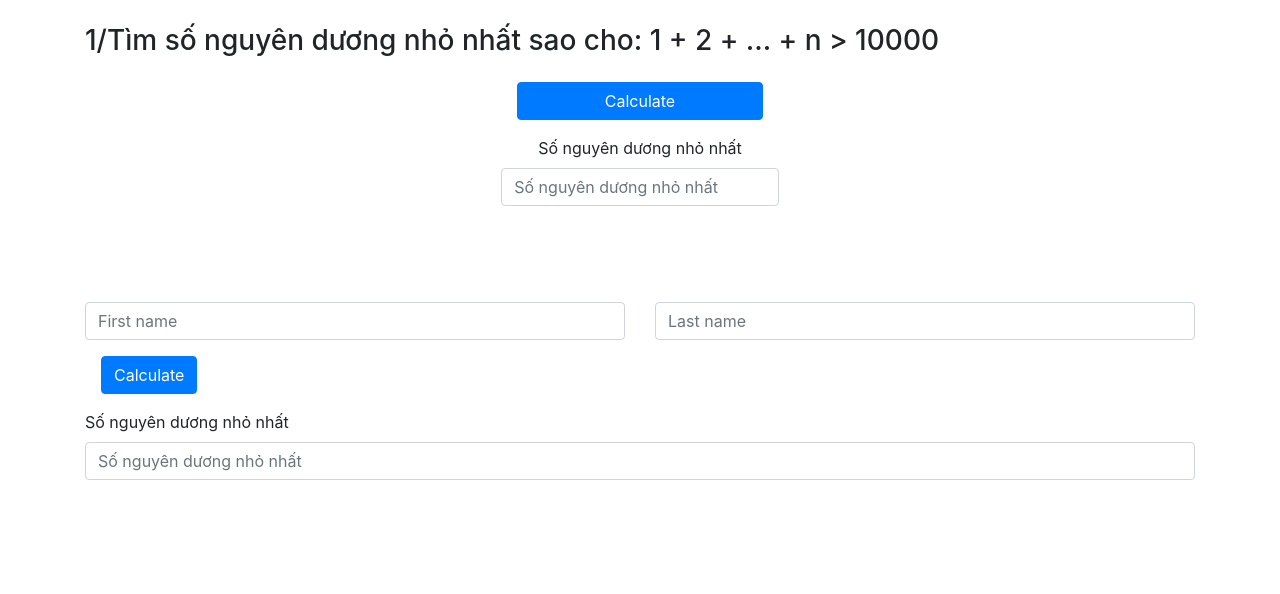
Repository: baobaodeveloper/bootcamp21__loop__HuynhAnhBao
Page: index.html
The author's editor kept a copy of each file at every save. The page is drawn from the files as they stood at one save, then again after the next save.
The browser window is 1280 px wide. The pictures show the whole page.

Above is the page before, as saved 2022-03-16 23:08:21.

After the next save:
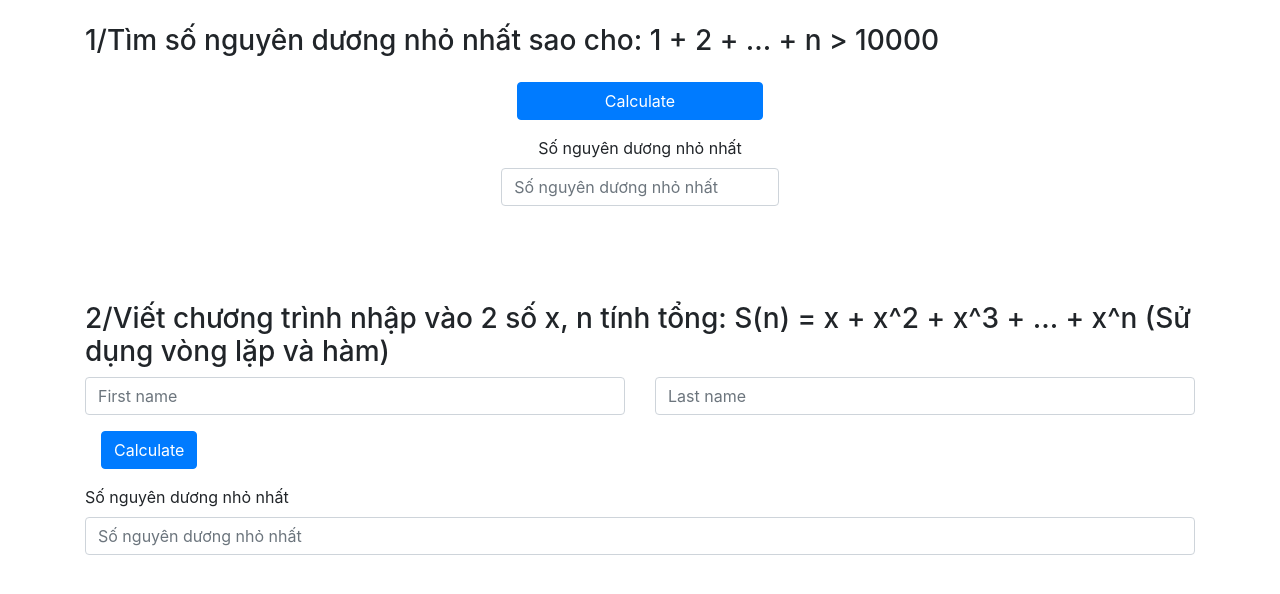
Saved 21 s later.
--- a/index.html
+++ b/index.html
@@ -37,6 +37,10 @@
     </div>
 
     <div class="container mt-5 pt-5">
+      <h3>
+        2/Viết chương trình nhập vào 2 số x, n tính tổng: S(n) = x + x^2 + x^3 +
+        … + x^n (Sử dụng vòng lặp và hàm)
+      </h3>
       <div class="row">
         <div class="col">
           <input type="text" class="form-control" placeholder="First name" />
